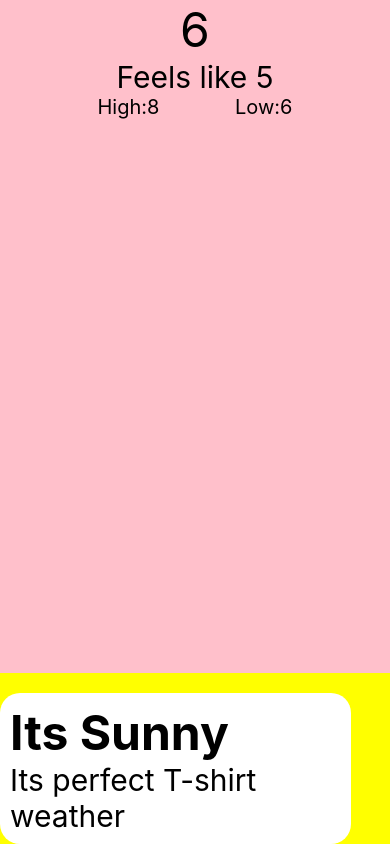
Repository: RossDee/WeatherApp
Screen: /
An editor plug-in stored every save of this project. The screen is shown before and after the next save, followed by the edit.
The app was drawn by React Native's web renderer in a window 390 px wide. The project was rebuilt for these pictures with package versions that can differ from the ones it lists, and the page was loaded fresh each time.

Above is the screen before, as saved 2023-10-14 21:16:48.

### App.js
import React from 'react';
import { SafeAreaView, StyleSheet, Text, View } from 'react-native';

const App = () => {
  return (
    <SafeAreaView style = {style.wrapper}>
    <View style = {style.container}>
      <Text style={style.temp} >6</Text>
      <Text style = {style.feels}>Feels like 5</Text>
      <View style = {style.highLowWrapper}>
        <Text style = {style.highLow}>High:8</Text>
        <Text style = {style.highLow}>Low:6</Text>
      </View>
    </View>
    <View style = {style.bodyWrapper}>
        <Text style = {style.description}>Its Sunny</Text>
      <Text style = {style.message}>Its perfect T-shirt weather</Text>
    </View>
    </SafeAreaView>
  )
}
const style  =StyleSheet.create({
  wrapper:{
    flex:1,
    backgroundColor:'yellow',
  },
  container:{
    backgroundColor:'pink',
    flex:1,
    alignItems:'center',
  },
  temp:{
    color:'black',
    fontSize:48,
 },
 feels:{
   color:'black',
   fontSize:30,
 },
  highLow:{
    color:'black',
    fontSize:20,
  },
  highLowWrapper:{
    flexDirection:'row',
    justifyContent:'space-between',
    width:'50%',
  },
  bodyWrapper:{
    backgroundColor:'white',
    width:'90%',
    padding:10,
    borderRadius:20,
    marginTop:20,
  },
  description:{
    fontSize:48,
    fontWeight:'bold',
  },
  message:{
    fontSize:30,
  }
})

export default App

After the next save:
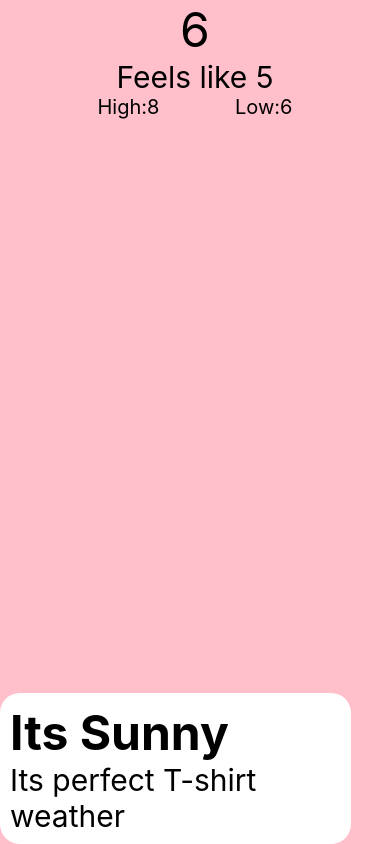
Saved 43 s later.
--- a/App.js
+++ b/App.js
@@ -22,7 +22,7 @@ const App = () => {
 const style  =StyleSheet.create({
   wrapper:{
     flex:1,
-    backgroundColor:'yellow',
+    backgroundColor:'pink',
   },
   container:{
     backgroundColor:'pink',
